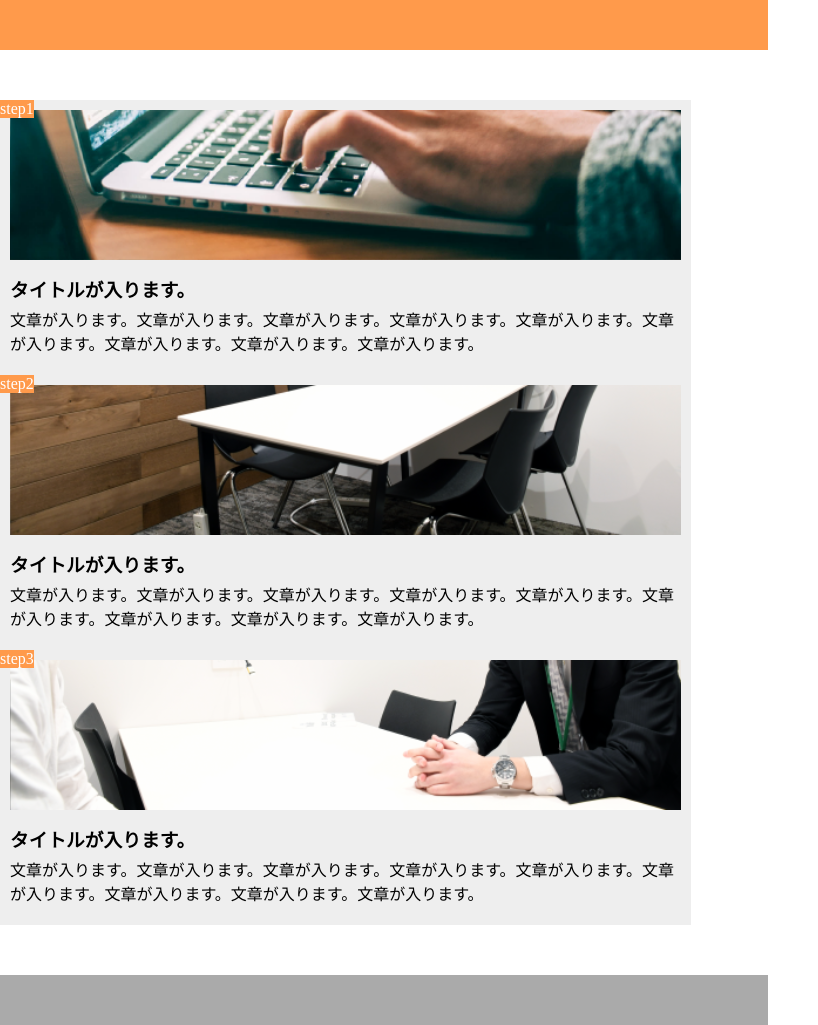
Repository: nosuyuki1002/git-practice2
Page: chpter/9.html
The author's editor kept a record of every edit. The page is drawn from the files as they stood at one moment, then again after the next edit.
The browser window is 768 px wide. The page is 768 px wide, then 818 px, then 768 px, so the pictures cover 818 px, including what lies to the right of the window. The pictures show the whole page.

Above is the page before.

After the next edit:
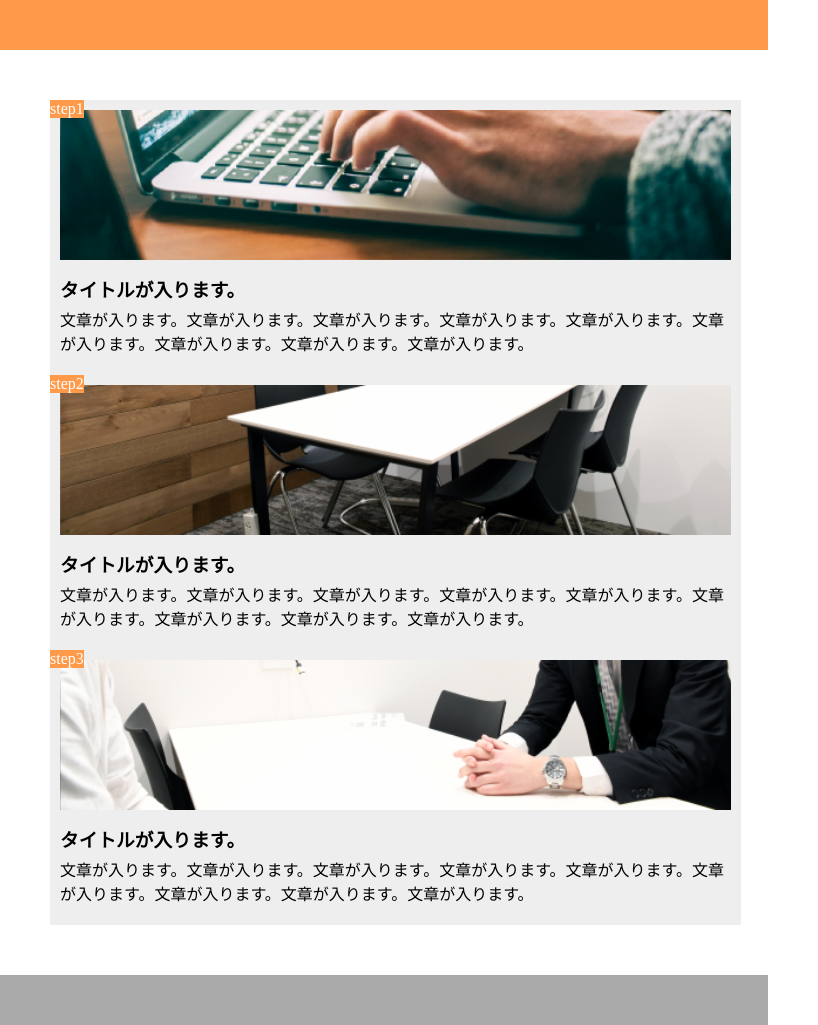
The edit:
--- a/chpter/style.css
+++ b/chpter/style.css
@@ -73,6 +73,7 @@
     main {
         width: 100%;
         display: block;
+        margin: 50px 50px;
     }
 
     .step-box {

After the edit that followed:
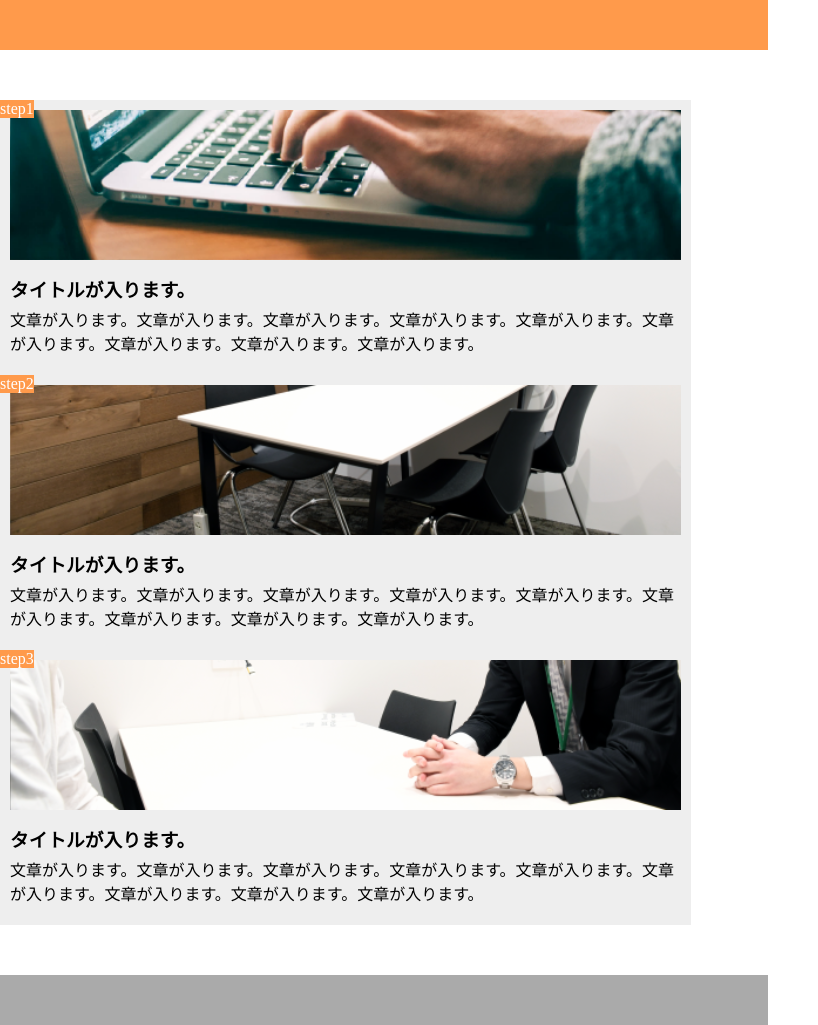
The edit:
--- a/chpter/style.css
+++ b/chpter/style.css
@@ -73,7 +73,7 @@
     main {
         width: 100%;
         display: block;
-        margin: 50px 50px;
+
     }
 
     .step-box {
